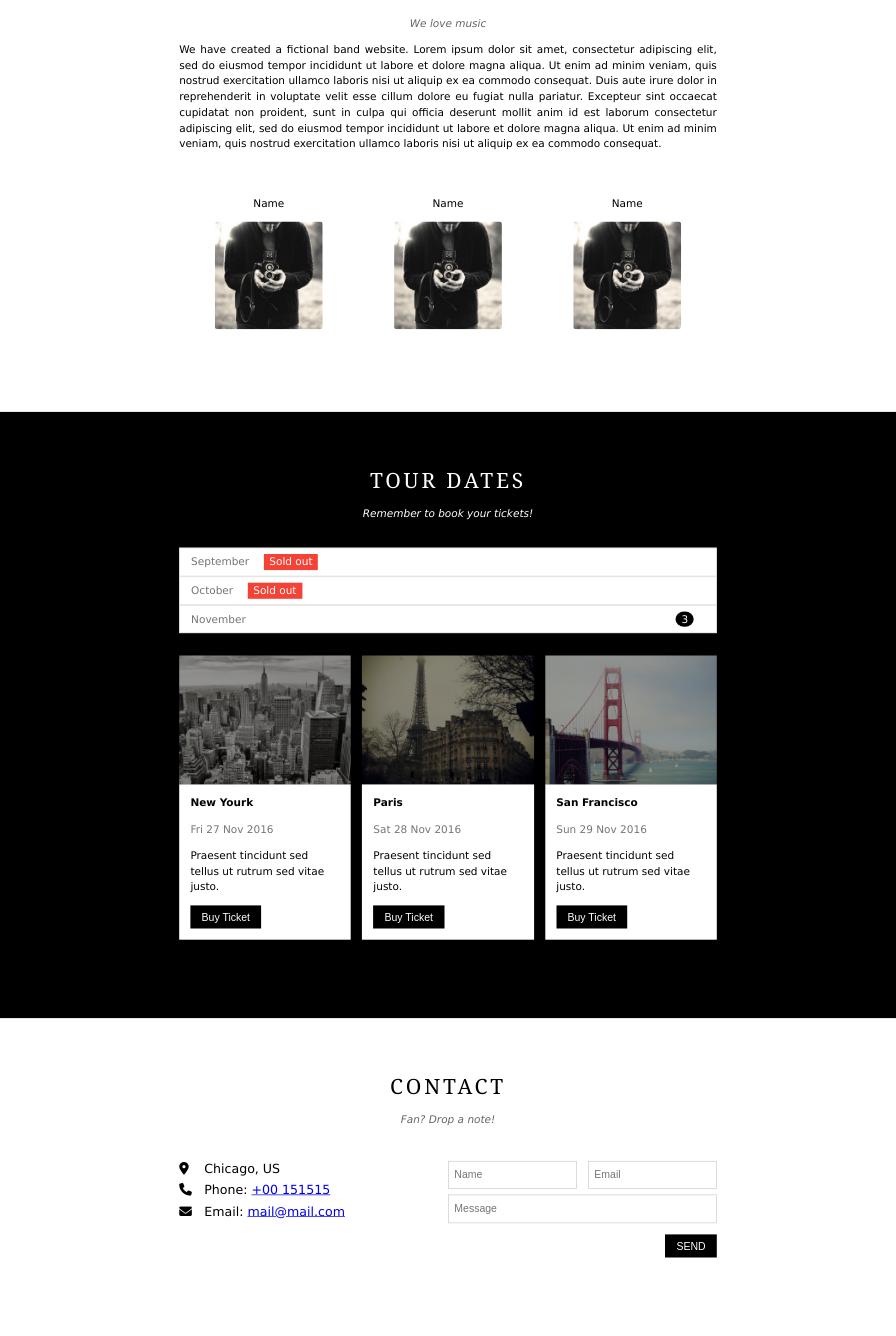
Repository: tam1512/The-Band
Page: index.html
These files come from the project's save history. The page is drawn as it stood at one moment and after the next save; the edit follows.
The browser window is 1280 px wide. The pictures show the part of the page from y = 758 to 2678 px (the page is 2667 px tall before and 2678 px after), at 70% of full size.
Some web libraries are served in a nearby version.

Above is the page before, as saved 2022-07-26 10:40:44.

### index.html
<!DOCTYPE html>
<html lang="en">
  <head>
    <meta charset="UTF-8" />
    <meta http-equiv="X-UA-Compatible" content="IE=edge" />
    <meta name="viewport" content="width=device-width, initial-scale=1.0" />
    <link
      rel="stylesheet"
      href="https://cdnjs.cloudflare.com/ajax/libs/font-awesome/6.1.1/css/all.min.css"
      integrity="sha512-KfkfwYDsLkIlwQp6LFnl8zNdLGxu9YAA1QvwINks4PhcElQSvqcyVLLD9aMhXd13uQjoXtEKNosOWaZqXgel0g=="
      crossorigin="anonymous"
      referrerpolicy="no-referrer"
    />
    <link rel="stylesheet" href="./assets/css/style.css" />
    <title>The Band</title>
  </head>
  <body>
    <div class="container">
      <!-- header -->
      <div class="header" id="home">
        <ul class="header_nav">
          <li><a href="#home">HOME</a></li>
          <li><a href="#band">BAND</a></li>
          <li><a href="#tour">TOUR</a></li>
          <li><a href="#contact">CONTACT</a></li>
          <li class="header_nav_dropdown">
            <a href="javascript:void(0)" class="dropbtn">
              MORE
              <i class="fa-solid fa-caret-down"></i>
            </a>
            <div class="dropdown-content">
              <a href="#">Merchandise</a>
              <a href="#">Extras</a>
              <a href="#">Media</a>
            </div>
          </li>
        </ul>
        <div id="header_search">
          <i class="fa-solid fa-magnifying-glass text-white"></i>
        </div>
      </div>
      <!-- Slideshow container -->
      <div class="slider">
        <!-- Full-width image with caption text -->
        <div class="slider_slides-cont">
          <div class="slider_slide">
            <img src="assets/img/la.jpg" alt="Los Angeles" />
            <div class="text padding-32-16 text-white">
              <h3 class="fz-24 margin-10-0">Los Angeles</h3>
              <p class="margin-15-0">
                <b class="text-shadow">We had the bes time playing at Venice Beach!</b>
              </p>
            </div>
          </div>

          <div class="slider_slide">
            <img src="assets/img/ny.jpg" alt="New York" />
            <div class="text padding-32-16 text-white">
              <h3 class="fz-24 margin-10-0">New York</h3>
              <p class="margin-15-0">
                <b class="text-shadow">The atmosphere in New York is lorem ipsum.</b>
              </p>
            </div>
          </div>

          <div class="slider_slide">
            <img src="assets/img/chicago.jpg" alt="Chicago" />
            <div class="text padding-32-16 text-white">
              <h3 class="fz-24 margin-10-0">Chicago</h3>
              <p class="margin-15-0">
                <b class="text-shadow">Thank you, Chicago - A night we won't forget</b>
              </p>
            </div>
          </div>
        </div>

        <!-- The pagination/circles -->
         <div class="slider_pagination"></div>

        <!-- Next and previous buttons (navigatin slide)-->
        <a class="prev">&#10094</a>
        <a class="next">&#10095</a>
      </div>
      <div class="content">
          <div class="padding-64-16 text-center" id="band">
            <h2 class="tilte fz-30 margin-10-0">THE BAND</h2>
            <p class="margin-15-0"><i class="sub-title opacity">We love music</i></p>
            <p class="band_content margin-15-0 text-justify">We have created a fictional band website. Lorem ipsum dolor sit amet, consectetur adipiscing elit, sed do eiusmod tempor incididunt ut labore et dolore magna aliqua. Ut enim ad minim veniam, quis nostrud exercitation ullamco laboris nisi ut aliquip ex ea commodo consequat. Duis aute irure dolor in reprehenderit in voluptate velit esse cillum dolore eu fugiat nulla pariatur. Excepteur sint occaecat cupidatat non proident, sunt in culpa qui officia deserunt mollit anim id est laborum consectetur adipiscing elit, sed do eiusmod tempor incididunt ut labore et dolore magna aliqua. Ut enim ad minim veniam, quis nostrud exercitation ullamco laboris nisi ut aliquip ex ea commodo consequat.</p>
            <div class="row band_members padding-32-0">
              <div class="third band_member">
                <p class="margin-15-0">Name</p>
                <img src="assets/img/bandmember.jpg" alt="band member" class="band_member_img margin-bottom-16">
              </div>
              <div class="third band_member">
                <p class="margin-15-0">Name</p>
                <img src="assets/img/bandmember.jpg" alt="band member" class="band_member_img margin-bottom-16">
              </div>
              <div class="third band_member">
                <p class="margin-15-0">Name</p>
                <img src="assets/img/bandmember.jpg" alt="band member" class="band_member_img margin-bottom-16">
              </div>
            </div>
          </div>
          <div class="backgroud-black" id="tour">
            <div class="tour-container padding-64-16 text-center text-white">
              <h2 class="tilte fz-30 margin-10-0">TOUR DATES</h2>
              <p class="margin-15-0"><i class="sub-title">Remember to book your tickets!</i></p>
              <br>
              <ul class="list-month backgroud-white">
                <li class="month-item padding-8-16 boder-bottom">
                  <p class="month text-grey">September</p>
                  <span class="ticket-sold-out text-white">Sold out</span>
                </li>
                <li class="month-item padding-8-16 boder-bottom">
                  <p class="month text-grey">October</p>
                  <span class="ticket-sold-out text-white">Sold out</span>
                </li>
                <li class="month-item padding-8-16 boder-bottom">
                  <p class="month text-grey">November</p>
                  <span class="ticket-still text-white">3</span>
                </li>
              </ul>

              <div class="row ticket-list padding-32-8">
                <div class="ticket-wrap third margin-bottom-16 padding-0-8">
                  <img class="ticket-img img opacity" src="assets/img/newyork.jpg" alt="Ticket New Yourk">
                  <div class="ticket-content padding-0-16 backgroud-white text-left">
                    <p class="ticket-name margin-15-0 text-black"><b>New Yourk</b></p>
                    <p class="ticket-time margin-15-0 text-grey">Fri 27 Nov 2016</p>
                    <p class="ticket-desc margin-15-0 text-black">Praesent tincidunt sed tellus ut rutrum sed vitae justo.</p>
                    <button class="btn-buy-ticket btn margin-bottom-16">Buy Ticket</button>
                  </div>
                </div>
                <div class="ticket-wrap third margin-bottom-16 padding-0-8">
                  <img class="ticket-img img opacity" src="assets/img/paris.jpg" alt="Ticket Chicago">
                  <div class="ticket-content padding-0-16 backgroud-white text-left">
                    <p class="ticket-name margin-15-0 text-black"><b>Paris</b></p>
                    <p class="ticket-time margin-15-0 text-grey">Sat 28 Nov 2016</p>
                    <p class="ticket-desc margin-15-0 text-black">Praesent tincidunt sed tellus ut rutrum sed vitae justo.</p>
                    <button class="btn-buy-ticket btn margin-bottom-16">Buy Ticket</button>
                  </div>
                </div>
                <div class="ticket-wrap third margin-bottom-16 padding-0-8">
                  <img class="ticket-img img opacity" src="assets/img/sanfran.jpg" alt="Ticket San Francisco">
                  <div class="ticket-content padding-0-16 backgroud-white text-left">
                    <p class="ticket-name margin-15-0 text-black"><b>San Francisco</b></p>
                    <p class="ticket-time margin-15-0 text-grey">Sun 29 Nov 2016</p>
                    <p class="ticket-desc margin-15-0 text-black">Praesent tincidunt sed tellus ut rutrum sed vitae justo.</p>
                    <button class="btn-buy-ticket btn margin-bottom-16">Buy Ticket</button>
                  </div>
                </div>
              </div>
            </div>
          </div>
          <div class="padding-64-16 text-center" id="contact">
            <h2 class="tilte fz-30 margin-10-0">CONTACT</h2>
            <p class="margin-15-0"><i class="sub-title opacity">Fan? Drop a note!</i></p>
            <div class="row padding-32-0">
              <div class="contact_content half margin-bottom-16 text-left">
                <p class="margin-bottom-8" id="contact_adress">
                  <i class="fa-solid fa-location-dot"></i>
                  Chicago, US
                </p>
                <p class="margin-bottom-8" id="contact_phone">
                  <i class="fa-solid fa-phone"></i>
                  Phone: <a href="tel:+00 151515">+00 151515</a>
                </p>
                <p class="margin-bottom-8" id="contact_email">
                  <i class="fa-solid fa-envelope"></i>
                  Email: <a href="mailto:mail@mail.com">mail@mail.com</a>
                </p>
              </div>
              <div class="contact_form half row">
                <form >
                  <div class="row row-padding name_email_form">
                    <div class="half">
                      <input type="text" name="contact_name" id="contact_name" class="input full" placeholder="Name" required>
                    </div>
                    <div class="half">
                      <input type="email" name="contact_email" id="contact_email" class="input full" placeholder="Email" required>
                    </div>
                  </div>
                  <input type="text" name="contact_message" id="contact_message" class="full input" placeholder="Message" required>
                  <input type="submit" class="btn right margin-16-0" value="SEND"></input>
                </form>
              </div>
            </div>
          </div>
      </div>
    </div>
    <!-- Ticket modal -->
    <div id="ticketModal">
     <div class="ticket-modal-content">
       <div class="modal-heading padding-32-16">
         <span class="btn-ticket-out btn">&times;</span>
         <h2 class="ticket-title text-center text-white fz-30">
           <i class="fa-solid fa-suitcase"></i>
           Tickets
         </h2>
       </div>
       <form class="ticket-form padding-0-16">
         <label class="ticket-form-label margin-16-0" for="quantity_person">
           <i class="fa-solid fa-cart-shopping"></i>
           Tickets, $15 per person
         </label>
         <input type="text" class="input full" id="quantity_person" name="quantity_person" placeholder="How many?">
         <label class="ticket-form-label margin-16-0" for="email">
           <i class="fa-solid fa-user"></i>
           Send To
         </label>
         <input type="email" class="input full" id="email" name="email" placeholder="Enter email">
         <a href="javascipt:void(0)" class="big-btn btn margin-16-0">
           Pay
           <i class="fa-solid fa-check"></i>
         </a>
       </form>
       <div class="modal-footer padding-0-16">
         <button class="ticket-footer-close btn margin-16-0">
           Close
           <i class="fa-solid fa-xmark"></i>
         </button>
         <p class="ticket-help margin-15-0">
           Need
           <a href="javascript::void(0);">help?</a>
         </p>
       </div>
     </div>
    </div>
    <script src="assets/js/js.js"></script>
  </body>
</html>

### assets/css/style.css
:root {
}

* {
  padding: 0em;
  margin: 0;
  box-sizing: border-box;
}

body {
  font-family: Verdana, sans-serif;
  font-size: 15px;
  line-height: 22.5px;
}

h1,
h2,
h3,
h4,
h5,
h6 {
  font-family: Georgia, serif;
}

.row:after {
  content: "";
  display: table;
  clear: both;
}

.row-padding {
  padding: 0 8px;
}

.row-padding > .half {
  padding: 0 8px;
}

.third {
  float: left;
  width: calc(100% / 3);
}

.half {
  float: left;
  width: 50%;
}

.full {
  width: 100%;
}

.right {
  float: right;
}

.fz-24 {
  font-size: 24px;
}

.fz-30 {
  font-size: 30px;
}

.text-white {
  color: white;
}

.text-grey {
  color: #757575;
}

.text-black {
  color: #000;
}

.opacity {
  opacity: 0.6 !important;
}

.backgroud-black {
  background-color: #000;
}

.backgroud-white {
  background-color: #fff;
}

.text-center {
  text-align: center;
}

.text-justify {
  text-align: justify;
}

.text-left {
  text-align: left;
}

.padding-0-8 {
  padding: 0.01em 8px !important;
}

.padding-0-16 {
  padding: 0.01em 16px !important;
}

.padding-64-16 {
  padding: 64px 16px !important;
}

.padding-32-16 {
  padding: 32px 16px !important;
}

.padding-32-8 {
  padding: 32px 8px !important;
}

.padding-32-0 {
  padding: 32px 0 !important;
}

.padding-8-16 {
  padding: 8px 16px !important;
}

.padding-32 {
  padding: 32px !important;
}

.margin-0-24 {
  margin: 0 24px !important;
}

.margin-10-0 {
  margin: 10px 0 !important;
}

.margin-15-0 {
  margin: 15px 0 !important;
}

.margin-16-0 {
  margin: 16px 0 !important;
}

.margin-bottom-16 {
  margin-bottom: 16px !important;
}

.margin-bottom-8 {
  margin-bottom: 8px !important;
}

.text-shadow {
  text-shadow: 0 0 3px #000;
}

.boder-bottom {
  border: 1px solid #ddd;
}

.btn {
  display: inline-block;
  text-decoration: none;
  color: white;
  border: none;
  outline: none;
  padding: 8px 16px;
  background-color: #000;
  font-size: 15px;
  text-align: center;
  cursor: pointer;
}

.btn:hover {
  background-color: #ccc;
  color: #000;
}

.img {
  width: 100%;
  outline: none;
  vertical-align: middle;
}

.header {
  position: fixed;
  top: 0;
  right: 0;
  left: 0;
  z-index: 2;
}

.header_nav {
  list-style-type: none;
  background-color: #000;
  overflow: hidden;
}

.header_nav > li {
  float: left;
}

.header_nav > li > a,
.dropbtn {
  display: inline-block;
  padding: 12px 24px;
  text-align: center;
  color: #fff;
  text-decoration: none;
}

.header_nav > li > a:hover,
.header_nav_dropdown:hover,
.dropbtn:hover,
.dropdown-content a:hover {
  background-color: #ccc;
  color: black;
}

li.header_nav_dropdown {
  display: inline-block;
  /* position: relative; */
}

.dropdown-content {
  display: none;
  position: absolute;
  min-width: 160px;
  background-color: #fff;
  box-shadow: 0px 8px 16px 0px rgba(0, 0, 0, 0.2);
  z-index: 1;
}

.dropdown-content a {
  color: #000 !important;
  text-align: left;
  padding: 8px 16px;
  display: block;
  text-decoration: none;
}

.header_nav_dropdown:hover .dropdown-content {
  display: block;
}

#header_search {
  position: absolute;
  top: 0;
  right: 0;
  padding: 12px 24px;
}

#header_search:hover {
  background-color: #f44336;
}

/* Slider */
/* Slideshow container */
.slider,
.slider_slides-cont {
  max-width: 100%;
  height: auto;
  position: relative;
  /* top: 47px; */
  margin: auto;
}

/* Hide the images by default */
.slider_slide {
  display: none;
}

.slider_slide:first-child {
  display: block;
}

.slider_slides-cont img {
  width: 100%;
  height: 100%;
}

/* Next & previous buttons */
.prev,
.next {
  cursor: pointer;
  position: absolute;
  top: 50%;
  transform: translate(0, -50%);
  margin: 10px;
  padding: 24px 20px;
  color: #fff;
  font-weight: bold;
  font-size: 24px;
  transition: background-color 0.6s ease;
  border-radius: 5px 5px 5px 5px;
  user-select: none;
}

/* Position the "next button" to the right */
.next {
  right: 0;
  border-radius: 5px 5px 5px 5px;
}

/* On hover, add a black backgroound color with a little bit see-through */
.prev:hover,
.next:hover {
  background-color: rgba(191, 191, 191, 0.6);
  color: rgb(26, 23, 23);
  font-weight: bolder;
}

/* Caption text */
.text {
  position: absolute;
  left: 50%;
  transform: translate(-50%, -100%);
  text-align: center;
}

.slider_pagination {
  position: absolute;
  left: 50%;
  transform: translate(-50%, -120%);
}

.slider_pagination_btn {
  cursor: pointer;
  padding: 6px;
  background-color: transparent;
  display: inline-block;
  transition: background-color 0.6s ease;
}

.slider_pagination_btn::before {
  content: "";
  display: inline-block;
  height: 15px;
  width: 15px;
  border-radius: 50%;
  background-color: #717171;
}
.slider_pagination_btn.slider_pagination_btn--sel::before,
.slider_pagination_btn:hover::before {
  background-color: #bbb;
}

/* content */

#band,
.tour-container,
#contact {
  max-width: 800px;
  margin-left: auto;
  margin-right: auto;
}

.tilte {
  font-weight: normal;
  line-height: 45px;
  letter-spacing: 4px;
}

/* band */
/* Third image */

.band_member_img {
  width: 60%;
  border-radius: 4px;
}

/* Month ticket */
.list-month {
  list-style-type: none;
  text-align: left;
}

.month-item {
  position: relative;
}

.month {
  display: inline-block;
}

.ticket-sold-out {
  display: inline-block;
  background-color: #f44336;
  padding: 0.01em 8px;
  margin-left: 16px;
}

.ticket-still {
  display: inline-block;
  padding: 0.01em 8px;
  position: absolute;
  right: 32px;
  text-align: center;
  background-color: #000;
  border-radius: 50%;
}

/* ticket list */
.ticket-list {
  margin: 0 -16px;
}

/* ticket modal */
#ticketModal {
  display: none;
  position: fixed;
  top: 0;
  right: 0;
  bottom: 0;
  left: 0;
  overflow: auto;
  background-color: rgba(0, 0, 0, 0.4);
  z-index: 3;
}

.ticket-modal-content {
  position: relative;
  top: 49px;
  width: 500px;
  margin: auto;
  background-color: #fff;
  box-shadow: 0 4px 10px 0 rgb(0 0 0 / 20%), 0 4px 20px 0 rgb(0 0 0 / 19%);
  animation: animationtop 0.4s;
}

.modal-heading {
  background-color: #009688;
}

.ticket-title {
  font-weight: normal;
  letter-spacing: 4px;
  margin: 10px 0;
  line-height: 45px;
}

.ticket-title i {
  margin-right: 8px;
}

.btn-ticket-out {
  position: absolute;
  top: 0;
  right: 0;
  font-size: 20px;
  line-height: 36px;
  background-color: transparent;
}

.ticket-form-label {
  display: block;
}

.ticket-form-label i {
  line-height: 15px;
  font-size: 13px;
}

.input {
  display: block;
  padding: 8px;
  font-size: 15px;
  line-height: 22.5px;
  border: 1px solid #ccc;
  background-color: #fff;
}

.big-btn {
  padding: 16px;
  background-color: #009688;
  width: 100%;
  text-transform: uppercase;
}

/* modal footer */
.ticket-footer-close {
  line-height: 20px;
  background-color: #f44336;
}

.ticket-help {
  float: right;
}

.ticket-help a {
  color: #2196f3;
}

.modal-footer::after {
  content: "";
  clear: both;
}

@keyframes animationtop {
  from {
    top: -300px;
    opacity: 0;
  }
  to {
    top: 49px;
    opacity: 1;
  }
}

/* CONTACT */
.contact_content {
  font-size: 18px;
  font-weight: normal;
}

.contact_content > p > i {
  width: 30px;
}

.name_email_form {
  margin: 0 -16px 8px;
}

### assets/js/js.js
let currentIndex = 0;
let newIndex = 0;
let autoplay = true;

//tạo một object cho việc tự động chuyển slide
let Autoplay = {
  timerID: null,
  interval: 4000,

  start: function () {
    this.timerID = setInterval(function () {
      newIndex++;
      navigateSlider();
    }, this.interval);
  },

  reset: function () {
    clearInterval(this.timerID);
    this.start();
  },
};

let slideElements = document.getElementsByClassName("slider_slide");
let slidesLength = slideElements.length;
let paginationElement = document.getElementsByClassName("slider_pagination")[0];
let prevElement = document.getElementsByClassName("prev")[0];
let nextElement = document.getElementsByClassName("next")[0];
// variable modal
let modal = document.getElementById("ticketModal");
let headerModalOut = document.getElementsByClassName("btn-ticket-out")[0];
let footerModalOut = document.getElementsByClassName("ticket-footer-close")[0];
let btnBuyTickets = document.getElementsByClassName("btn-buy-ticket");
// SLIDER
// lấy sự kiện click của 2 nut prev và next
prevElement.addEventListener("click", function () {
  newIndex--;
  navigateSlider();
});

nextElement.addEventListener("click", function () {
  newIndex++;
  navigateSlider();
});

// tạo số dot tương ứng với số slide
paginationHTML = [];
for (let i = 0; i < slidesLength; i++) {
  paginationHTML.push(
    `<span class="slider_pagination_btn" data-index="${i}"></span>`
  );
}
// Thêm paginationHTML vào bên trong thẻ HTML
paginationElement.innerHTML = paginationHTML.join("");

//kiểm tra xem đã có phần tử chứa class="slider_pagination_btn" chưa? nếu có lấy giá trị trong data-index của nó gán cho newIndex
paginationElement.addEventListener("click", function (e) {
  let target = e.target;
  if (target.classList.contains("slider_pagination_btn")) {
    newIndex = Number(target.getAttribute("data-index"));
    navigateSlider();
  }
});

// Hàm hiện thị slide
function navigateSlider() {
  // Kiểm tra để newIndex luôn nằm trong khoảng từ 0 -> slideLength
  if (newIndex < 0) {
    newIndex = slidesLength - 1;
  } else if (newIndex > slidesLength - 1) {
    newIndex = 0;
  }

  //Thêm và xóa slider_pagination_btn--sel
  paginationElement.childNodes[currentIndex].classList.remove(
    "slider_pagination_btn--sel"
  );
  paginationElement.childNodes[newIndex].classList.add(
    "slider_pagination_btn--sel"
  );

  //reset interval(khoảng thời gian) để slide không gặp vấn đề về chuyển đổi
  if (autoplay) {
    Autoplay.reset();
  }

  //Ẩn slide trước và hiện slide cần hiện
  slideElements[currentIndex].style.display = "none";
  slideElements[newIndex].style.display = "block";

  currentIndex = newIndex;
}

// thiết lập autoplay cho slider
if (autoplay) {
  Autoplay.start();
}

// khi load page sẽ bị lỗi hiển thị ban đầu, đây là cách giải quyết
navigateSlider();

// END SLIDER

// MODAL

for (let i = 0; i < btnBuyTickets.length; i++) {
  btnBuyTickets[i].addEventListener("click", () => {
    openModal();
  });
}

headerModalOut.addEventListener("click", function () {
  outMoDal();
});
footerModalOut.addEventListener("click", function () {
  outMoDal();
});

window.addEventListener("click", function (e) {
  if (e.target == modal) {
    outMoDal();
  }
});

function openModal() {
  modal.style.display = "block";
}

function outMoDal() {
  modal.style.display = "none";
}

After the next save:
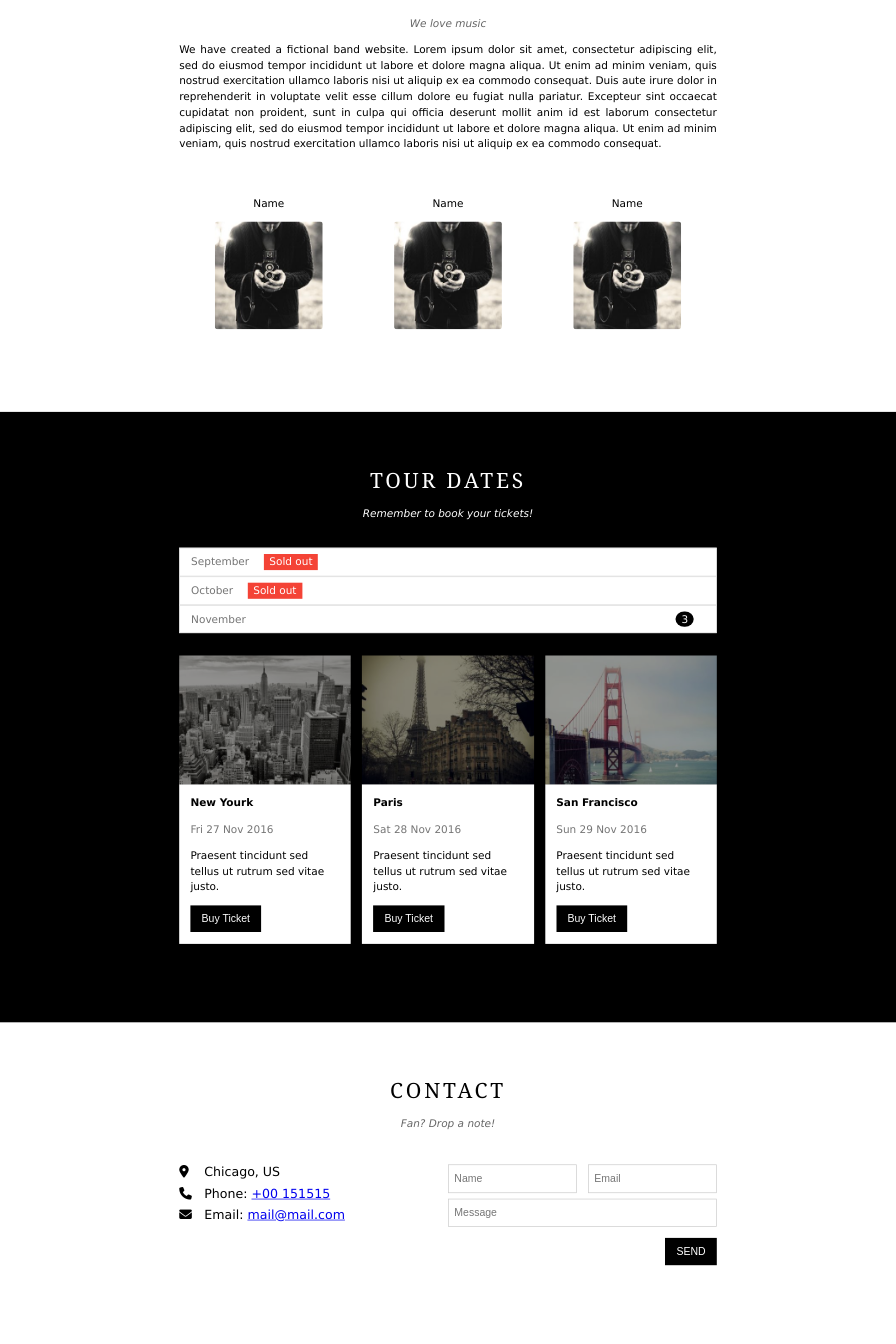
Saved 16 min 56 s later.
--- a/assets/css/style.css
+++ b/assets/css/style.css
@@ -170,6 +170,7 @@
   outline: none;
   padding: 8px 16px;
   background-color: #000;
+  line-height: 22.5px;
   font-size: 15px;
   text-align: center;
   cursor: pointer;
